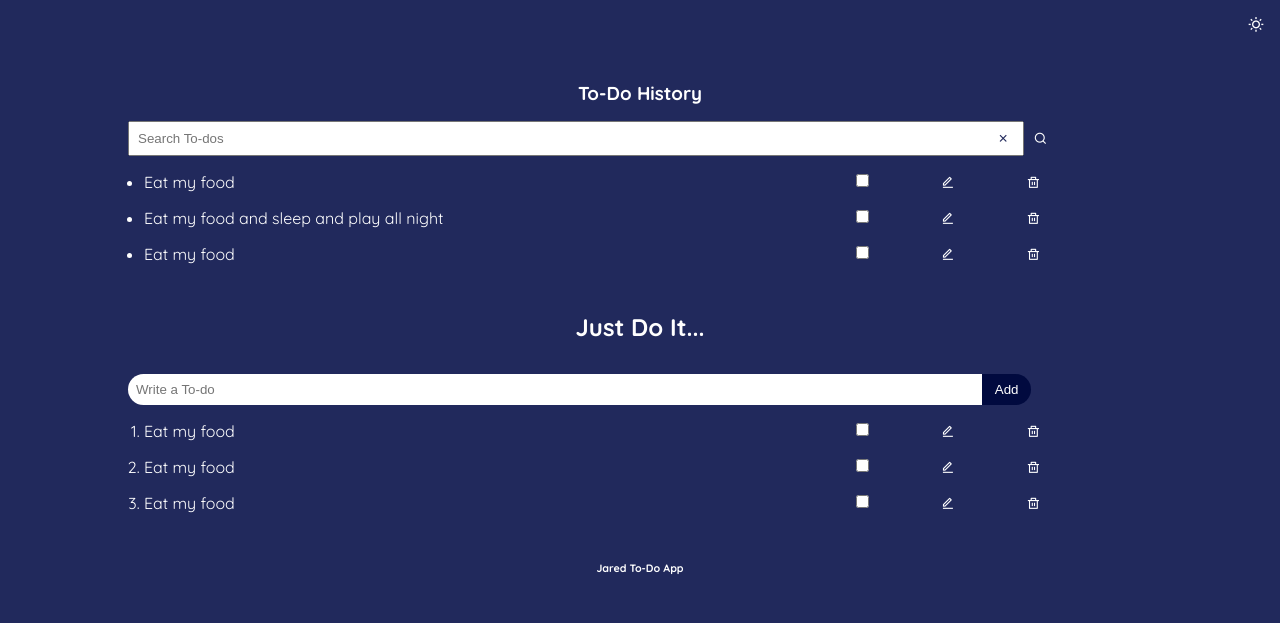
Repository: EguJaredoBoyd/Jared-ToDo-App
Page: main.html
These files come from the project's save history. The page is drawn as it stood at one moment and after the next save; the edit follows.
The browser window is 1280 px wide. The pictures show the whole page.
Some web libraries are served in a nearby version.

Above is the page before, as saved 2025-12-24 16:57:06.
Not found: js/to-do.j

### main.html
<!DOCTYPE html>
<html lang="en">
  <head>
    <meta charset="UTF-8" />
    <meta name="viewport" content="width=device-width, initial-scale=1.0" />
    <title>Document</title>
    <link
      href="https://cdn.jsdelivr.net/npm/remixicon@4.7.0/fonts/remixicon.css"
      rel="stylesheet"
    />
    <link rel="preconnect" href="https://fonts.googleapis.com" />
    <link rel="preconnect" href="https://fonts.gstatic.com" crossorigin />
    <link
      href="https://fonts.googleapis.com/css2?family=Quicksand:wght@300..700&display=swap"
      rel="stylesheet"
    />
    <link rel="stylesheet" href="./css/main.css" />
    <script src="./js/to-do.j" defer></script>
  </head>

  <body>
    <div class="body__todo-wrapper">
      <header>
        <button><i class="ri-sun-line"></i></button>
      </header>

      <main>
        <section class="todo-history">
          <div>
            <h3>To-Do History</h3>
          </div>
          <div class="todo-history__icon">
            <div>
              <input type="text" placeholder="Search To-dos " />
              <button id="cancel-search-button">
                <i class="ri-close-line"></i>
              </button>
            </div>
            <button id="search-button"><i class="ri-search-line"></i></button>
          </div>
          <div>
            <ul>
              <div class="ul__list">
                <li>Eat my food</li>
                <button>
                  <input type="checkbox" name="checkbox" id="checkbox" />
                </button>
                <button><i class="ri-edit-line"></i></button>
                <button><i class="ri-delete-bin-line"></i></button>
              </div>
              <div class="ul__list">
                <li>Eat my food and sleep and play all night</li>
                <button>
                  <input type="checkbox" name="checkbox" id="checkbox" />
                </button>
                <button><i class="ri-edit-line"></i></button>
                <button><i class="ri-delete-bin-line"></i></button>
              </div>
              <div class="ul__list">
                <li>Eat my food</li>
                <button>
                  <input type="checkbox" name="checkbox" id="checkbox" />
                </button>
                <button>
                  <i class="ri-edit-line"></i>
                </button>
                <button>
                  <i class="ri-delete-bin-line"></i>
                </button>
              </div>
            </ul>
          </div>
        </section>

        <section class="todo-title">
          <div>
            <h2>Just Do It...</h2>
          </div>
        </section>

        <section class="todo-add-task">
          <div class="To-Do">
            <div class="To-Do__create">
              <input type="text" id="to-do" placeholder="Write a To-do" />
              <button id="add-task">Add</button>
            </div>

            <ol id="task-show" class="task-list">
              <div class="ol__list">
                <li>Eat my food</li>
                <button>
                  <input type="checkbox" name="checkbox" id="checkbox" />
                </button>
                <button><i class="ri-edit-line"></i></button>
                <button><i class="ri-delete-bin-line"></i></button>
              </div>
              <div class="ol__list">
                <li>Eat my food</li>
                <button>
                  <input type="checkbox" name="checkbox" id="checkbox" />
                </button>
                <button><i class="ri-edit-line"></i></button>
                <button><i class="ri-delete-bin-line"></i></button>
              </div>
              <div class="ol__list">
                <li>Eat my food</li>
                <button>
                  <input type="checkbox" name="checkbox" id="checkbox" />
                </button>
                <button><i class="ri-edit-line"></i></button>
                <button><i class="ri-delete-bin-line"></i></button>
              </div>
            </ol>
          </div>
        </section>
      </main>

      <footer>
        <div>
          <h6>Jared To-Do App</h6>
        </div>
      </footer>
    </div>
  </body>
</html>

### css/main.css
*,
*::before,
*::after {
  box-sizing: border-box;
  margin: 0;
  padding: 0;
}

:root {
  /* My project colours to use */
  --primary-color: #21295c;
  --secondary-color: #ffffff;

  /* My font size to use */
  --font-base: 16px;

  /* My spaces to use */
}

html {
  font-size: var(--font-base);
}

body {
  font-family: "Quicksand", sans-serif;
  max-width: 100%;
  width: 100vw;
  max-height: 100vh;
  background-color: var(--primary-color);
  color: var(--secondary-color);
}

button {
  border: none;
  background: none;
  color: var(--secondary-color);
}

.body__todo-wrapper header {
  display: flex;
  justify-content: end;
  align-items: center;
}

.body__todo-wrapper header button {
  padding: 1rem;
}

.body__todo-wrapper header button i {
  font-size: 1rem;
}

main {
  display: flex;
  flex-direction: column;
  align-items: center;
  gap: 2rem;
  margin: 2rem 0;
  max-width: 100vw;
}

.todo-history {
  width: 80vw;
  position: relative;
}

.todo-history div h3 {
  text-align: center;
  margin-bottom: 1rem;
}

.todo-history__icon {
  display: flex;
}

.todo-history__icon div input {
  width: 70vw;
  padding: 0.5rem;
}

#cancel-search-button {
  position: relative;
  right: 2rem;
}

#cancel-search-button i {
  color: var(--primary-color);
}

#search-button {
  margin-left: -1rem;
  padding: 0.5rem;
}

.ul__list {
  display: flex;
  justify-content: space-between;
  align-items: center;
  margin: 1rem;
  width: 70vw;
}

.ul__list li {
  width: 50vw;
  max-width: 50vw;
}

.todo-add-task {
  width: 80vw;
}

.To-Do__create {
  max-width: 100vw;
}

.To-Do__create input {
  width: 67vw;
  border: none;
  padding: 0.5rem;
  border-top-left-radius: 1rem;
  border-bottom-left-radius: 1rem;
}

.To-Do__create button {
  margin-left: -0.5rem;
  padding: 0.5rem 0.8rem;
  border-top-right-radius: 1rem;
  border-bottom-right-radius: 1rem;
  background-color: #010a3f;
}

.ol__list {
  display: flex;
  justify-content: space-between;
  align-items: center;
  margin: 1rem;
  width: 70vw;
}

.ol__list li {
  width: 50vw;
  max-width: 50vw;
}

footer div {
  text-align: center;
}

After the next save:
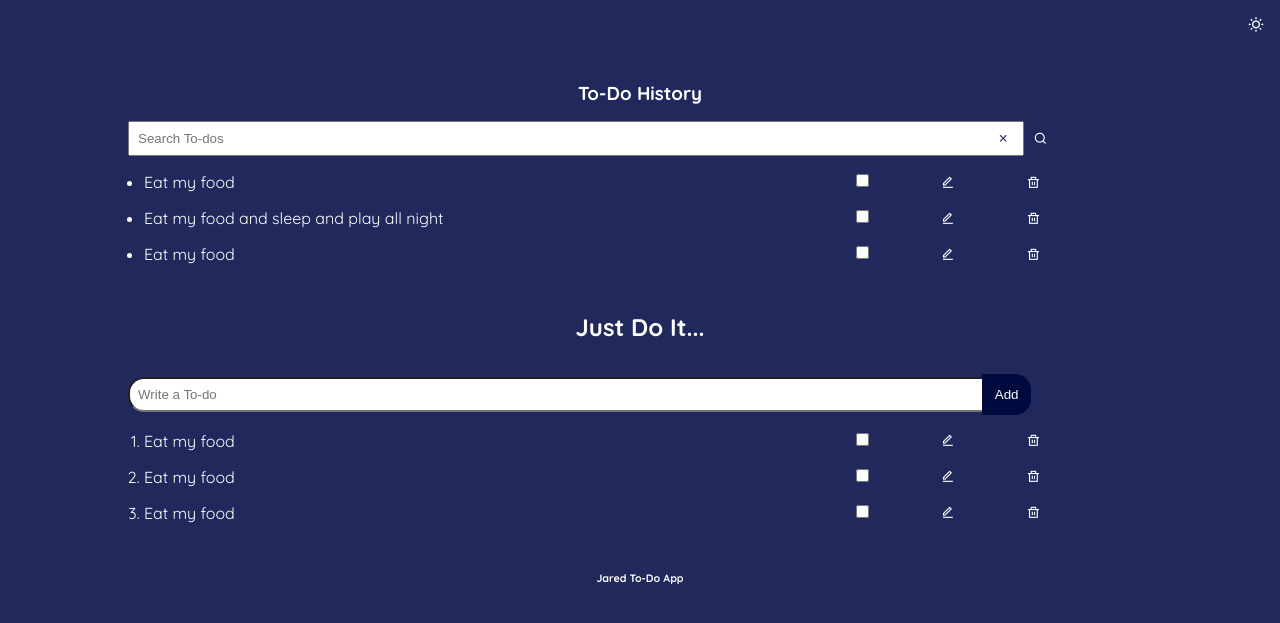
Saved 24 s later.
--- a/css/main.css
+++ b/css/main.css
@@ -115,7 +115,6 @@ main {
 
 .To-Do__create input {
   width: 67vw;
-  border: none;
   padding: 0.5rem;
   border-top-left-radius: 1rem;
   border-bottom-left-radius: 1rem;
@@ -123,7 +122,7 @@ main {
 
 .To-Do__create button {
   margin-left: -0.5rem;
-  padding: 0.5rem 0.8rem;
+  padding: 0.8rem;
   border-top-right-radius: 1rem;
   border-bottom-right-radius: 1rem;
   background-color: #010a3f;
